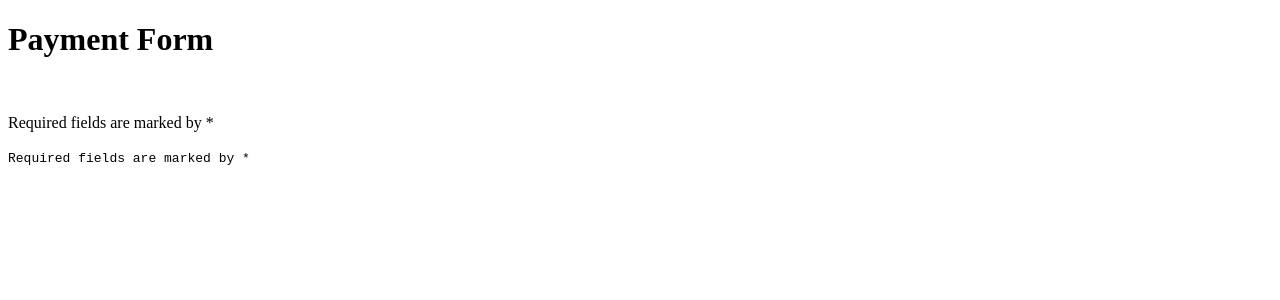
Repository: 10-2-pursuit/lab-intro-to-forms
Page: index.html
These files come from the project's save history. The page is drawn as it stood at one moment and after the next save; the edit follows.
The browser window is 1280 px wide. The pictures show the whole page.

Above is the page before, as saved 2023-06-13 21:07:44.

After the next save:
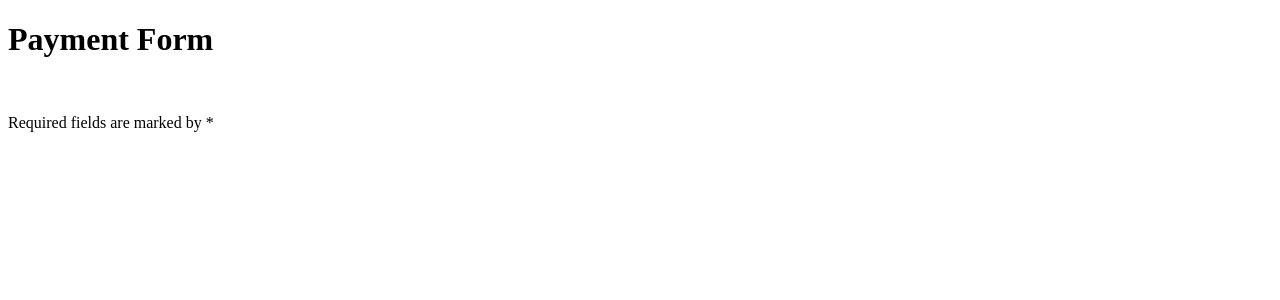
Saved 7 s later.
--- a/index.html
+++ b/index.html
@@ -9,7 +9,6 @@
     <h1>Payment Form</h1>
     <br>
     <p>Required fields are marked by *</p>
-    <tt>Required fields are marked by *</tt>
 
 
 
